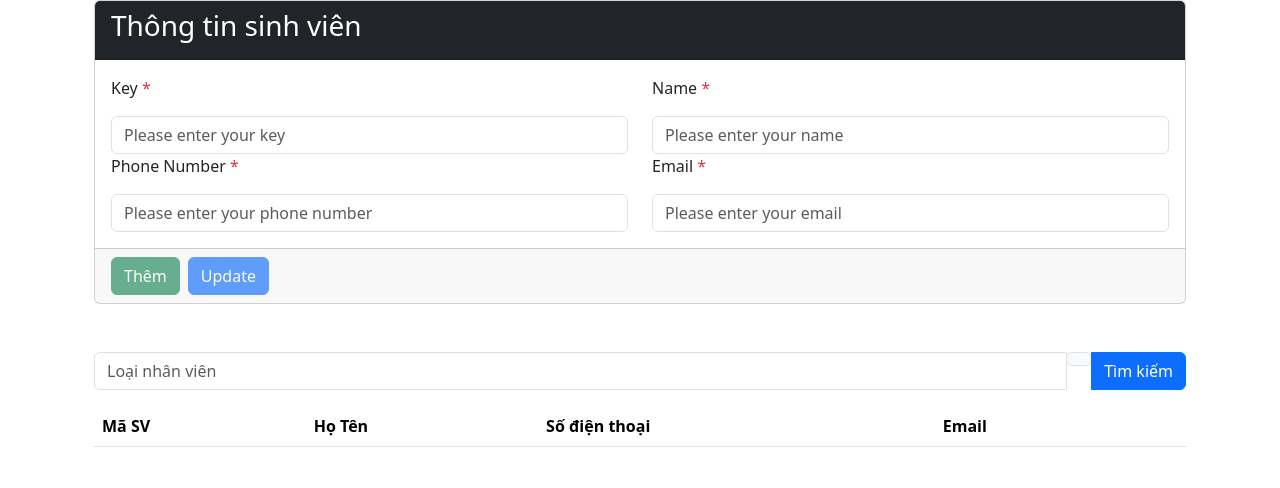
Repository: KhoiNguyen77/BT_REACT_FORM
Page: /
These files come from the project's save history. The page is drawn as it stood at one moment and after the next save; the edit follows.
The browser window is 1280 px wide. The pictures show the whole page.
The project was rebuilt for these pictures with package versions that can differ from the ones it lists, and the page was loaded fresh each time.

Above is the page before, as saved 2023-05-29 08:47:41.

### src/FormComponent/Form.jsx
import React, { Component } from 'react'
import InputField from './InputField'
import TableField from './TableField'

export default class Form extends Component {
    state = {
        students: [],
        student: {},
    }
    add = (student) => {
        const students = [...this.state.students];
        students.push(student);
        this.setState({
            students: students
        })
    }
    delete = (key) => {
        const students = [...this.state.students];
        const findIndex = students.findIndex(student => student.key == key)
        if (findIndex != -1) {
            students.splice(findIndex, 1)
        }
        this.setState({
            students: students
        })
    }
    edit = (key) => {
        const students = [...this.state.students];
        const student = students.find(student => student.key == key)
        if (student) {
            this.setState({
                student: student
            })
        }
        for (let key in student) {
            document.querySelector(`#${key}`).value = student[key]
            if (key == "key") {
                document.querySelector(`#${key}`).disabled = true;
            }
        }
    }

    update = updatedStudent => {
        const students = [...this.state.students];
        const student = students.find(student => student.key == updatedStudent.key)
        for (let key in student) {
            student[key] = updatedStudent[key];
        }
        this.setState({
            students: students
        })
    }
    render() {
        return (
            <div className='container'>
                <InputField add={this.add} students={this.state.students} student={this.state.student} update={this.update}></InputField>
                <TableField students={this.state.students} deleteStudent={this.delete} edit={this.edit}></TableField>
            </div>
        )
    }

    componentDidUpdate(prevProps, prevStates){
        if (prevStates.students != this.state.students) {
            console.log("!");
            return true;
        } return false
    }
}

### src/FormComponent/InputField.jsx
import React, { Component, PureComponent } from 'react'

export default class InputField extends PureComponent {
    constructor(props) {
        super(props);
        this.state = {
            values: {
                key: 0,
                name: "",
                phoneNumber: 0,
                email: ''
            },
            errors: {
                key: "*",
                name: "*",
                phoneNumber: "*",
                email: "*"
            },
            Disabled: true,
            disabledEdit: true,
        }
    }
    UNSAFE_componentWillReceiveProps(nextProps) {
        if (nextProps.student !== this.state.values) {
            this.setState({
                values: nextProps.student,
                errors: {
                    key: "",
                    name: "",
                    phoneNumber: "",
                    email: ""
                },
                disabledEdit: false
            })
        }
    }
    handleInput = e => {
        const { students } = this.props;
        const { id, value, } = e.target;
        const inputValues = { ...this.state.values }
        const errors = { ...this.state.errors }
        let message = ""
        inputValues[id] = value;
        let dataType = e.target.getAttribute("data-type");
        // eslint-disable-next-line default-case
        switch (dataType) {
            case "letter": {
                let regexLetter = /^[a-zA-Z]+$/;
                if (!regexLetter.test(value)) {
                    message = id + ' must be letters';
                }
                break;
            }
            case "number": {
                let min = JSON.parse(e.target.getAttribute("min-maxLength"))[0];
                let max = JSON.parse(e.target.getAttribute("min-maxLength"))[1];
                if (value.length < min || value.length > max) {
                    message = id + ` must be from ${min} to ${max} length`
                }
                break;
            }
            // eslint-disable-next-line no-fallthrough
            case "email": {
                var mailformat = /^(([^<>()\[\]\\.,;:\s@"]+(\.[^<>()\[\]\\.,;:\s@"]+)*)|(".+"))@((\ [[0-9]{1,3}\.[0-9]{1,3}\.[0-9]{1,3}\.[0-9]{1,3}\])|(([a-zA-Z\-0-9]+\.)+[a-zA-Z]{2,}))$/
                if (!mailformat.test(value)) {
                    message = id + ' must be in correct form'
                    break;
                }
            }
        }
        if (e.target.getAttribute("uniqe")) {
            if (students.find(student => student.key == value)) {
                message = id + " has exists!";
            }
        }
        if (value.trim() == "") {
            message = id + " can't be blank";
        }
        errors[id] = message
        let result = this.checkValidForm(errors);
        this.setState({
            values: inputValues,
            errors: errors,
            Disabled: result
        })

    }
    checkValidForm = (errors) => {
        let output = false;
        for (let key in errors) {
            if (errors[key] !== "") {
                output = true;
                break
            }
        }
        return output
    }
    handleSubmit = e => {
        e.preventDefault();
        document.querySelector("form.card").reset();
        this.setState({
            values: {
                key: 0,
                name: "",
                phoneNumber: 0,
                email: ''
            },
            errors: {
                key: "*",
                name: "*",
                phoneNumber: "*",
                email: "*"
            },
            Disabled: true
        })
        const { add } = this.props;
        add(this.state.values);
    }

    handleEdit = e => {
        e.preventDefault();
        document.querySelector("form.card").reset();
        this.setState({
            values: {
                key: 0,
                name: "",
                phoneNumber: 0,
                email: ''
            },
            errors: {
                key: "*",
                name: "*",
                phoneNumber: "*",
                email: "*"
            },
            Disabled: true
        })
        document.querySelector("#key").disabled = false
        const { update } = this.props;
        update(this.state.values);
    }
    render() {
        return (
            <div className='container mb-5'>
                <form className='card'>
                    <div className="card-header bg-dark">
                        <h3 className='text-white'>Thông tin sinh viên</h3>
                    </div>
                    <div className="card-body">
                        <div className="row">
                            <div className="col-6">
                                <p className='d-inline-block'>Key</p> <span className='text-danger'>{this.state.errors.key}</span>
                                <input type="number" id='key' uniqe="id" min-maxLength="[3,5]" data-type="number" className='form-control' onChange={this.handleInput} placeholder='Please enter your key' />
                            </div>
                            <div className="col-6">
                                <p className='d-inline-block' >Name</p> <span className='text-danger'>{this.state.errors.name}</span>
                                <input type="text" id='name' data-type="letter" className='form-control' onChange={this.handleInput} placeholder='Please enter your name' />
                            </div>
                        </div>
                        <div className="row">
                            <div className="col-6">
                                <p className='d-inline-block'>Phone Number</p> <span className='text-danger'>{this.state.errors.phoneNumber}</span>
                                <input type="number" id='phoneNumber' className='form-control' min-maxLength="[8,10]" data-type="number" onChange={this.handleInput} placeholder='Please enter your phone number' />
                            </div>
                            <div className="col-6">
                                <p className='d-inline-block'>Email</p> <span className='text-danger'>{this.state.errors.email}</span>
                                <input type="email" id='email' className='form-control' onChange={this.handleInput} data-type="email" placeholder='Please enter your email' />
                            </div>
                        </div>
                    </div>
                    <div className="card-footer">
                        <button type='submit' onClick={this.handleSubmit} className='btn btn-success' disabled={this.state.Disabled}>Thêm</button>
                        <button type='submit' className='btn btn-primary mx-2' disabled={this.state.disabledEdit} onClick={this.handleEdit} >Update</button>
                    </div>
                </form>
            </div>
        )
    }
}

### src/FormComponent/TableField.jsx
import React, { Component, useState } from 'react'

export default class TableField extends Component {
    constructor(props) {
        super(props);
    }
    handleSearch = (e) => {
        let keyword = e.target.value.trim();
        let result = [];
        const { students } = this.props;
        let cloneStudents = [...students];
        // cloneStudents.filter(student => )
}
    render() {
        const { students, deleteStudent, edit } = this.props;
        return (
            <div className='container'>
                <div class="row mb-3">
                    <div class="col">
                        <div class="input-group">
                            <input type="text" class="form-control" placeholder="Loại nhân viên" id="searchName" />
                            <div class="input-group-prepend">
                                <span class="input-group-text" id="btnTimNV"><i class="fa fa-search"></i></span>
                            </div>
                            <button className='btn btn-primary'>Tìm kiếm</button>
                        </div>
                    </div>
                </div>
                <table className='table'>
                    <thead>
                        <tr>
                            <th>Mã SV</th>
                            <th>Họ Tên</th>
                            <th>Số điện thoại</th>
                            <th>Email</th>
                            <th></th>
                        </tr>
                    </thead>
                    <tbody>
                        {students.map(student => {
                            return <tr>
                                <td>{student.key}</td>
                                <td>{student.name}</td>
                                <td>{student.phoneNumber}</td>
                                <td>{student.email}</td>
                                <td>
                                    <button className='btn btn-primary mx-3' onClick={() => {
                                        edit(student.key)
                                    }}>Edit</button>
                                    <button className='btn btn-danger' onClick={() => {
                                        deleteStudent(student.key)
                                    }}>Delete</button>
                                </td>
                            </tr>
                        })}
                    </tbody>
                </table>
            </div>
        )
    }
}

Loaded but not shown: public/index.html (common file); src/index.js (common file)

After the next save:
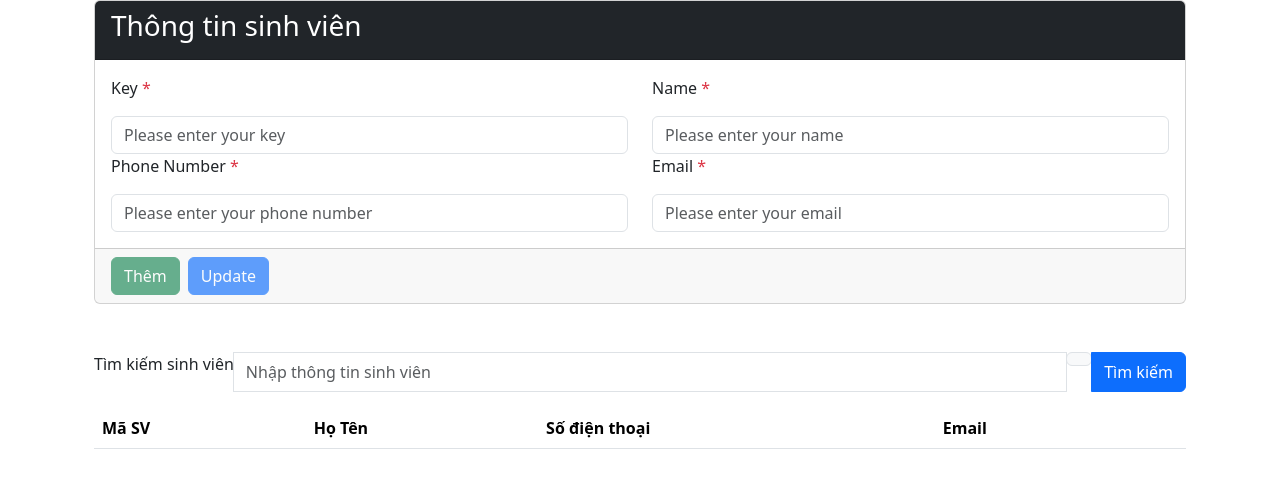
Saved 34 s later.
--- a/src/FormComponent/TableField.jsx
+++ b/src/FormComponent/TableField.jsx
@@ -10,7 +10,7 @@ export default class TableField extends Component {
         const { students } = this.props;
         let cloneStudents = [...students];
         // cloneStudents.filter(student => )
-}
+    }
     render() {
         const { students, deleteStudent, edit } = this.props;
         return (
@@ -18,7 +18,8 @@ export default class TableField extends Component {
                 <div class="row mb-3">
                     <div class="col">
                         <div class="input-group">
-                            <input type="text" class="form-control" placeholder="Loại nhân viên" id="searchName" />
+                            <p>Tìm kiếm sinh viên</p>
+                            <input type="text" class="form-control" placeholder="Nhập thông tin sinh viên" id="searchName" />
                             <div class="input-group-prepend">
                                 <span class="input-group-text" id="btnTimNV"><i class="fa fa-search"></i></span>
                             </div>
